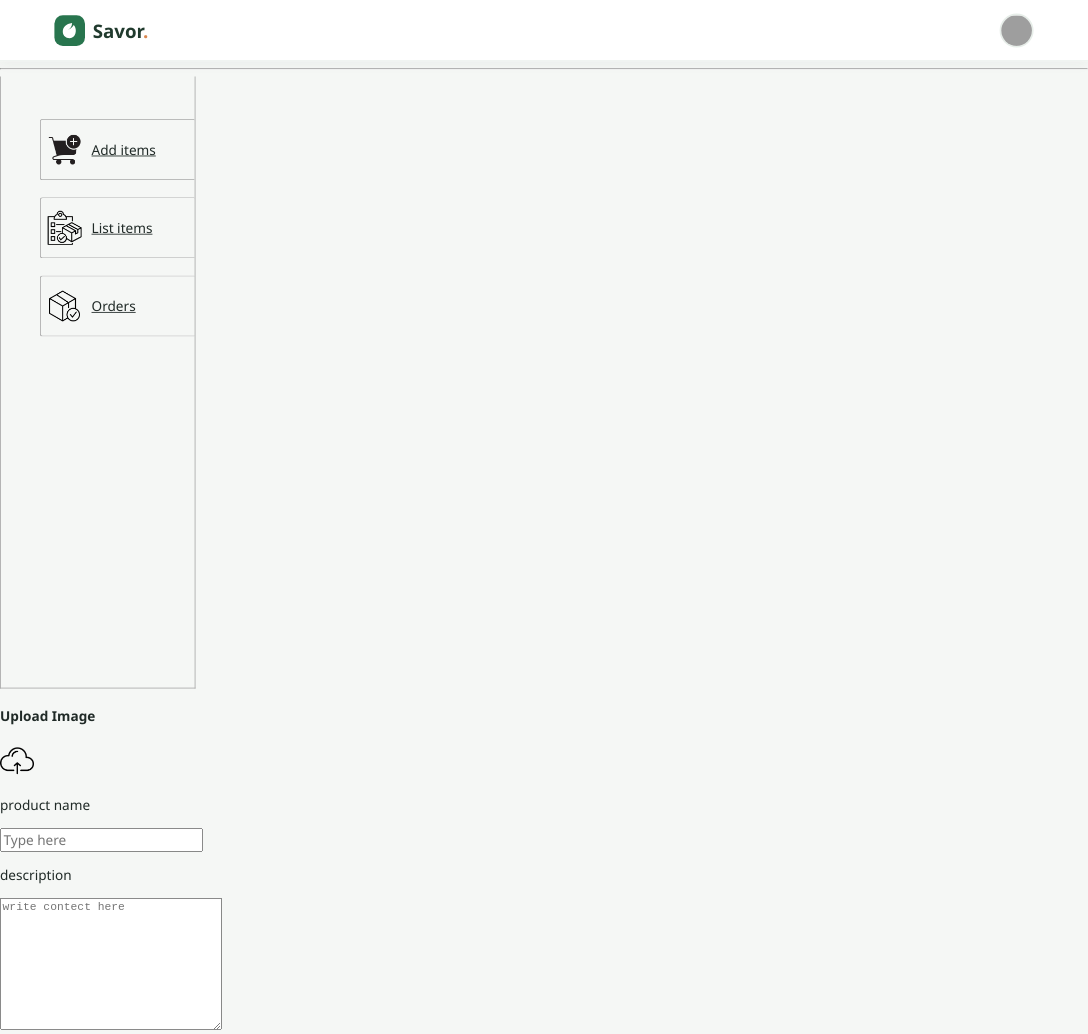
Repository: prince44991/Ecommerce-Project-Full-Stack
Page: /Additem (app in admin/my-react-app/)
The author's editor kept a copy of each file at every save. The page is drawn from the files as they stood at one save, then again after the next save.
The browser window is 1280 px wide. The pictures show the whole page, at 85% of full size.
Pictures or frames that could not be fetched are drawn as grey boxes. The project was rebuilt for these pictures with package versions that can differ from the ones it lists, and the page was loaded fresh each time. Also part of the build but not shown: admin/my-react-app/vite.config.js, admin/my-react-app/src/pages/Order/Order.jsx, admin/my-react-app/src/pages/List/List.jsx.

Above is the page before, as saved 2026-09-29 20:58:12.

### admin/my-react-app/index.html
<!doctype html>
<html lang="en">
  <head>
    <meta charset="UTF-8" />
    <link rel="icon" type="image/svg+xml" href="/favicon.svg" />
    <meta name="viewport" content="width=device-width, initial-scale=1.0" />
    <title>my-react-app</title>
  </head>
  <body>
    <div id="root"></div>
    <script type="module" src="/src/main.jsx"></script>
  </body>
</html>

### admin/my-react-app/src/index.css
:root {
  font-family: 'DM Sans', 'Segoe UI', sans-serif;
  font-synthesis: none;
  text-rendering: optimizeLegibility;
  -webkit-font-smoothing: antialiased;
  -moz-osx-font-smoothing: grayscale;
  font-optical-sizing: auto;
  font-weight: 400;
  color: #202a27;
  background: #f5f7f5;
}

* {
  box-sizing: border-box;
}

body {
  min-width: 320px;
  min-height: 100vh;
  margin: 0;
}

button,
input {
  font: inherit;
}

a {
  color: inherit;
}

### admin/my-react-app/src/App.jsx
import Navbar from './components/Navbar/Navbar.jsx'
import Sliderbar from './components/Sliderbar/Sliderbar.jsx'
import { BrowserRouter, Route, Routes } from "react-router-dom"
import Add from './pages/Add/Add.jsx'
import Order from './pages/Order/Order.jsx'
import List from './pages/List/List.jsx'
function App() {
  return (
    <>
    <BrowserRouter>
    <Navbar />
    <hr/>
    <Sliderbar/>
    <Routes>
      <Route path='/Additem' element={<Add/>} />
      <Route path='/Listitem' element={<List/>} />
      <Route path='/Orders' element={<Order/>} />
    </Routes>
    </BrowserRouter>
    </>
  )
}

export default App

### admin/my-react-app/src/components/Navbar/Navbar.jsx
import React from 'react'
import './Navbar.css'

const Navbar = () => {
  return (
    <header className="navbar">
      <a className="navbar__brand" href="#dashboard" aria-label="Savor admin dashboard">
        <span className="navbar__logo" aria-hidden="true">
          <svg viewBox="0 0 32 32" fill="none">
            <path d="M16 27c-6.2 0-10-4.2-10-9.7C6 11.6 10.5 6 19.5 5c-.2 5.6-2.7 8.3-6.8 10.2 3.4-1.1 7-3.7 9.2-7.4C27.7 14 24.8 27 16 27Z" fill="currentColor" />
            <path d="M9 23c3.2-4.2 6.1-6.3 10.8-8.4" stroke="white" strokeWidth="1.8" strokeLinecap="round" />
          </svg>
        </span>
        <span className="navbar__name">Savor<span>.</span></span>
      </a>

      <img
        className="navbar__avatar"
        src="https://images.unsplash.com/photo-1534528741775-53994a69daeb?auto=format&fit=crop&w=128&h=128&q=80"
        alt="Admin profile"
      />
    </header>
  )
}

export default Navbar

### admin/my-react-app/src/components/Sliderbar/Sliderbar.jsx
import React from 'react'
import './Sliderbar.css'
import item from '../../assets/add-to-cart.png';
import list from '../../assets/list-items.png';
import order from '../../assets/package.png';
import { NavLink } from 'react-router-dom';
const Sliderbar = () => {
  return (
    <div>
    <div className="sidebar">
        <div className="sidbar-options">
            <div className="sidbar-option">
                <img src={item} alt="" />
                <NavLink to="/Additem"><p className='par'>Add items</p></NavLink>
            </div>
            <div className="sidbar-option">
                <img src={list} alt="" />
                <NavLink to="/Listitem"><p className='par'>List items</p></NavLink>
            </div>
            <div className="sidbar-option">
                <img src={order} alt="" />
                <NavLink to="/Orders"><p className='par'>Orders</p></NavLink>
            </div>
        </div>
    </div>
    </div>
  )
}

export default Sliderbar

### admin/my-react-app/src/pages/Add/Add.jsx
/** @format */

import React from "react";
import cloud from "../../assets/cloud-computing.png";
const Add = () => {
  return (
    <div className="add">
      <form>
        <div className="add-img-upload flex-col">
          <h4>Upload Image</h4>
          <label htmlFor="image">
            <img src={cloud} />
          </label>
          <input type="file" id="image" hidden required />
        </div>
        <div className="add-product-name flex-col">
          <p>product name</p>
          <input type="text" name="name" placeholder="Type here" id="image" />
        </div>
        <div className="add-product-description">
          <p>description</p>
         <textarea name='description' rows="10" cols="30" placeholder="write contect here"></textarea>
        </div>
        <div className="add-catagory-price">
          <div className="add-catagory flex-col">

          </div>
        </div>
      </form>
    </div>
  );
};

export default Add;

### admin/my-react-app/src/components/Navbar/Navbar.css
.navbar {
	display: flex;
	width: 100%;
	min-height: 72px;
	align-items: center;
	justify-content: space-between;
	gap: 24px;
	padding: 0 clamp(18px, 5vw, 64px);
	border-bottom: 1px solid #e8eeea;
	background: #fff;
	box-shadow: 0 3px 14px rgb(30 59 43 / 5%);
}

.navbar__brand {
	display: inline-flex;
	flex: 0 0 auto;
	align-items: center;
	gap: 9px;
	color: #203a2d;
	text-decoration: none;
}

.navbar__logo {
	display: grid;
	width: 36px;
	height: 36px;
	place-items: center;
	border-radius: 10px;
	color: #fff;
	background: #28754e;
}

.navbar__logo svg {
	width: 26px;
	height: 26px;
}

.navbar__name {
	font-size: 22px;
	font-weight: 700;
}

.navbar__name span {
	color: #d98750;
}

.navbar__avatar {
	width: 40px;
	height: 40px;
	flex: 0 0 auto;
	border: 2px solid #e7eee9;
	border-radius: 50%;
	object-fit: cover;
	object-position: center 38%;
}

.navbar__brand:focus-visible {
	outline: 2px solid #28754e;
	outline-offset: 4px;
}

@media (max-width: 560px) {
	.navbar {
		min-height: 64px;
		gap: 18px;
		padding: 0 18px;
	}
}

### admin/my-react-app/src/components/Sliderbar/Sliderbar.css
img{
    width: 40px;
}

.sidebar{
    width: 18%;
     min-height: 100vh;
    border: 1.5px solid #a9a9a9;
    border-top: 0;
}
.sidbar-options{
    padding-top: 50px;
    padding-left: 20%;
    display: flex;
    flex-direction: column;
    gap: 20px;
}
.sidbar-option{
    display: flex;
     align-items: center;
    gap: 12px;
    border: 1px solid #a9a9a9;
    border-right: 0;
    padding: 8px;
    border-radius: 3px 0px 0px 3px;
    cursor: pointer;
     /* text-decoration: none; */
}
.par{
    text-decoration: none;
}

Loaded but not shown: admin/my-react-app/src/main.jsx (common file)

After the next save:
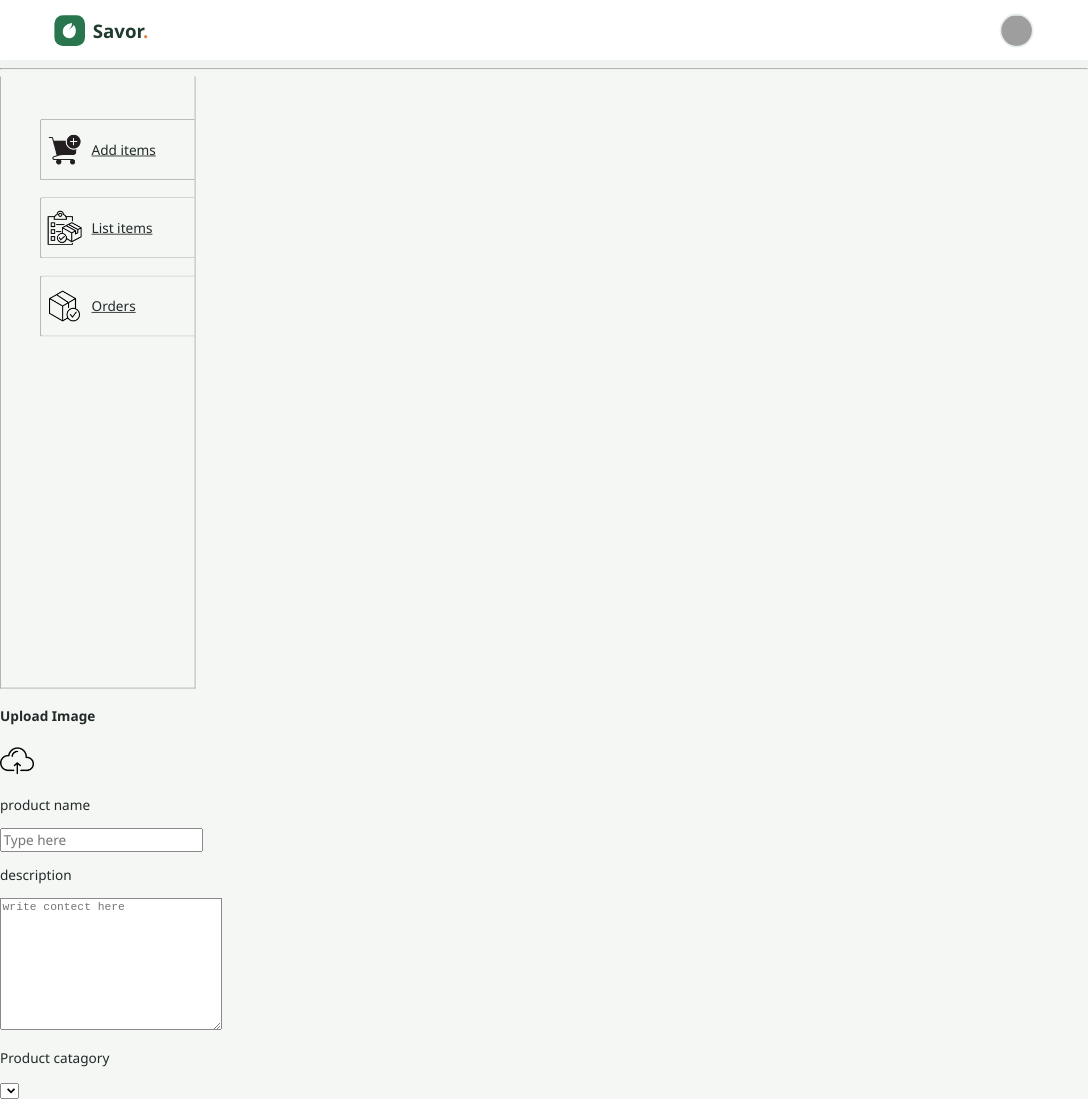
Saved 2 min 12 s later.
--- a/admin/my-react-app/src/pages/Add/Add.jsx
+++ b/admin/my-react-app/src/pages/Add/Add.jsx
@@ -23,7 +23,14 @@ const Add = () => {
         </div>
         <div className="add-catagory-price">
           <div className="add-catagory flex-col">
-
+<p>Product catagory</p>
+<select name='catagory'>
+<option></option>
+<option></option>
+<option></option>
+<option></option>
+<option></option>
+</select>
           </div>
         </div>
       </form>
